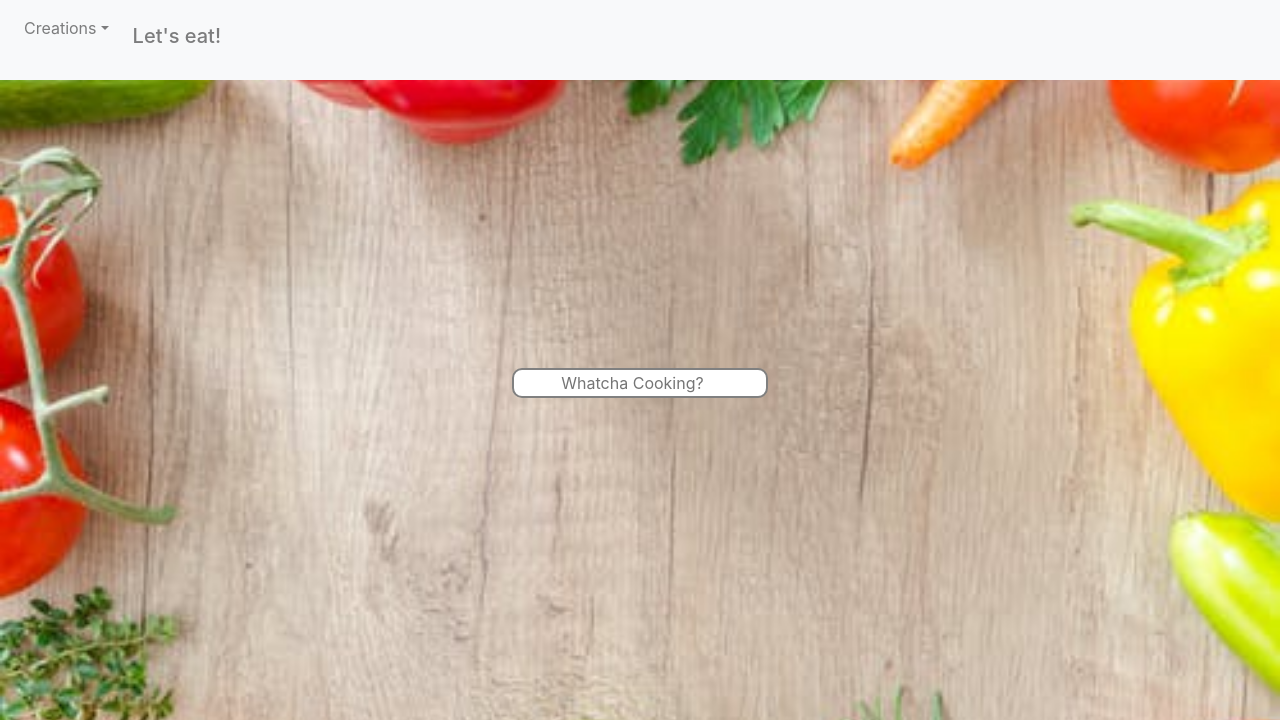
Repository: bandyp/cookBook
Page: index.html
The author's editor kept a record of every edit. The page is drawn from the files as they stood at one moment, then again after the next edit.
The browser window is 1280 px wide. The pictures show the whole page.

Above is the page before.

After the next edit:
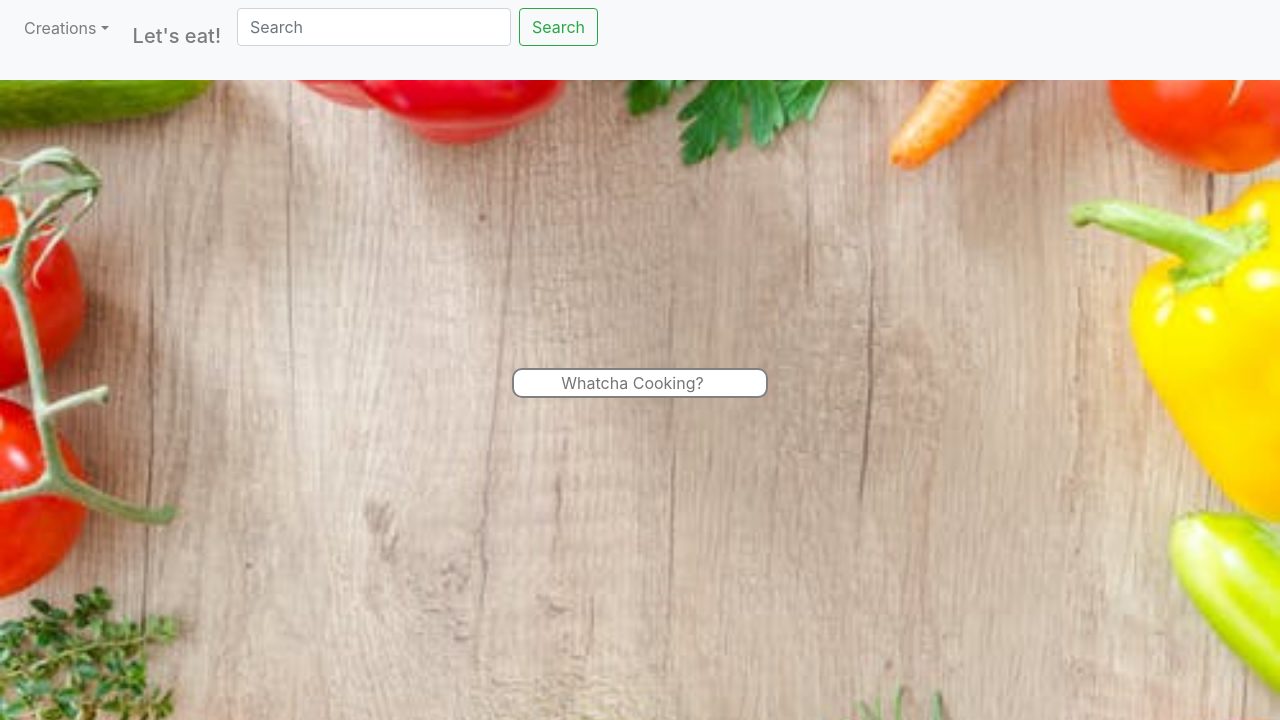
The edit:
--- a/index.html
+++ b/index.html
@@ -38,7 +38,10 @@
                     </nav>
                 </li>
                 <li>
-
+                    <form class="form-inline my-2 my-lg-0">
+                        <input class="form-control mr-sm-2" type="search" placeholder="Search" aria-label="Search">
+                        <button class="btn btn-outline-success my-2 my-sm-0" type="submit">Search</button>
+                    </form>
                 </li>
             </ul>
         </div>
